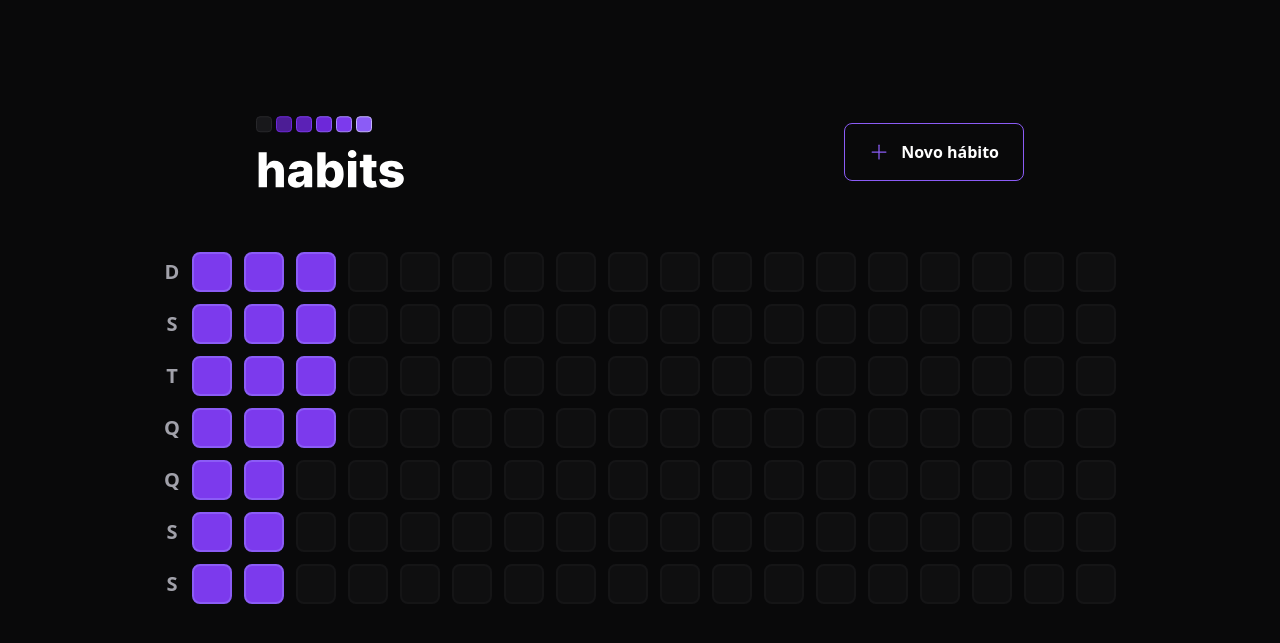
Repository: LuizAGDomingues/Habits-application
Page: /
The author's editor kept a copy of each file at every save. The page is drawn from the files as they stood at one save, then again after a run of saves.
The browser window is 1280 px wide. The pictures show the whole page.
The project was rebuilt for these pictures with package versions that can differ from the ones it lists, and the page was loaded fresh each time. Also part of the build but not shown: vite.config.ts, src/components/NewHabitForm.tsx, src/components/ProgressBar.tsx.

Above is the page before, as saved 2023-01-18 22:33:43.

After the next 4 saves:
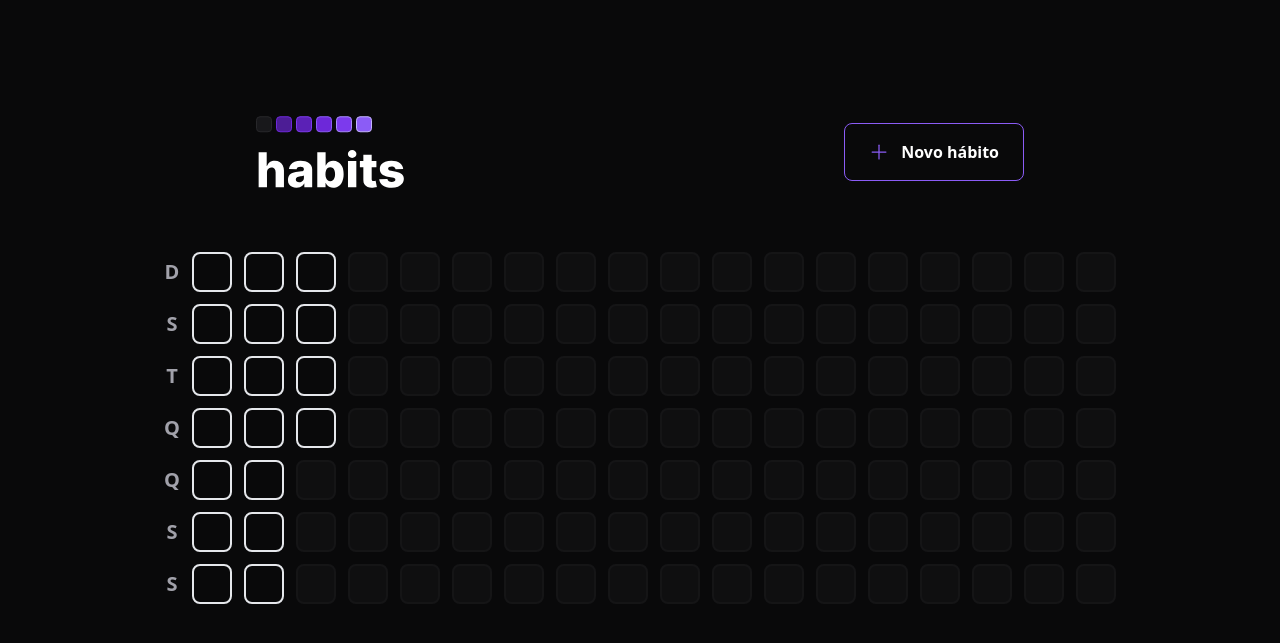
The 4 saves are shown as one change because they came seconds apart.
The last was saved 18 s later.
--- a/src/components/SummaryTable.tsx
+++ b/src/components/SummaryTable.tsx
@@ -26,7 +26,7 @@ function SummaryTable() {
             <HabitDay
               key={date.toString()}
               amount={5}
-              completed={4}
+              completed={Math.round(Math.random)}
             />
           )
         })}
